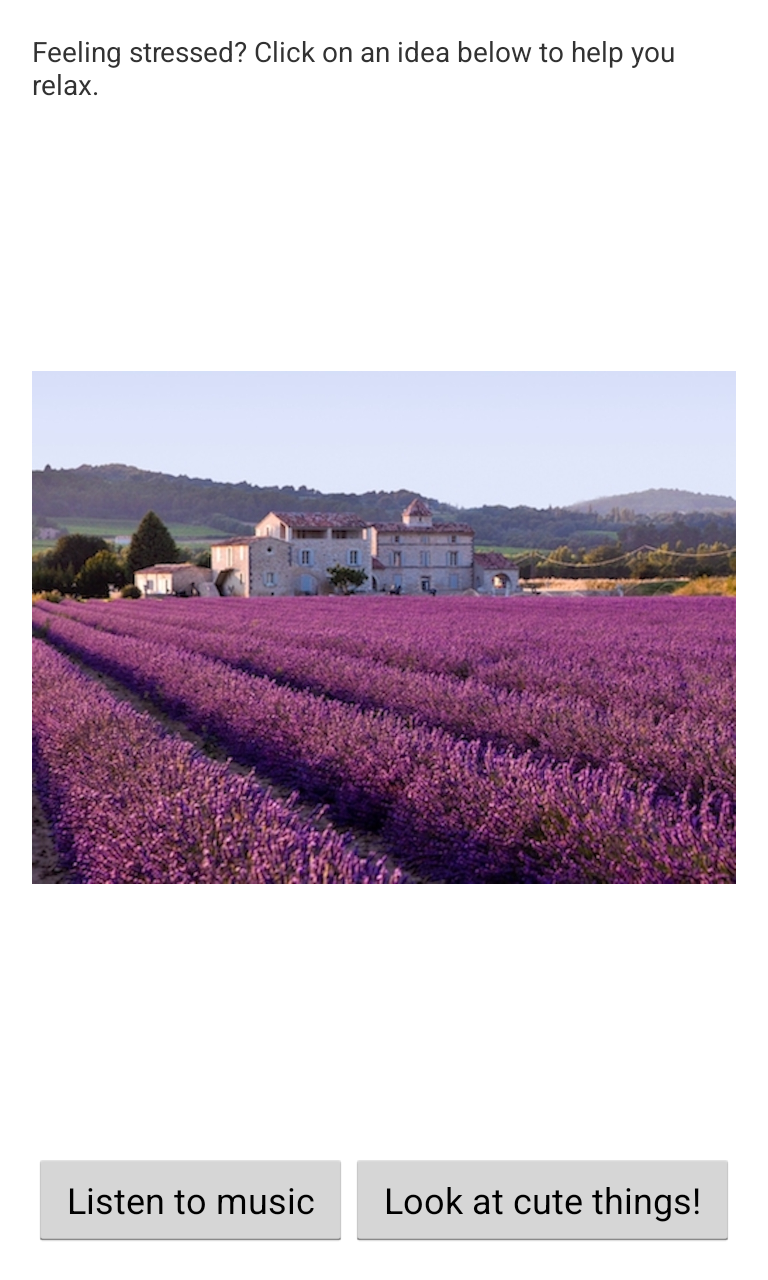
Repository: LSummers33/Apps101
Layout: Self-Care/res/layout/activity_main.xml
An editor plug-in stored every save of this project. The layout is shown before and after the next save, followed by the edit.
It is drawn on a 768 x 1280 px phone screen (xhdpi) without system bars, with theme AppTheme; the app's code is not run.

Above is the layout before, as saved 2014-01-26 21:25:04.

After the next save:
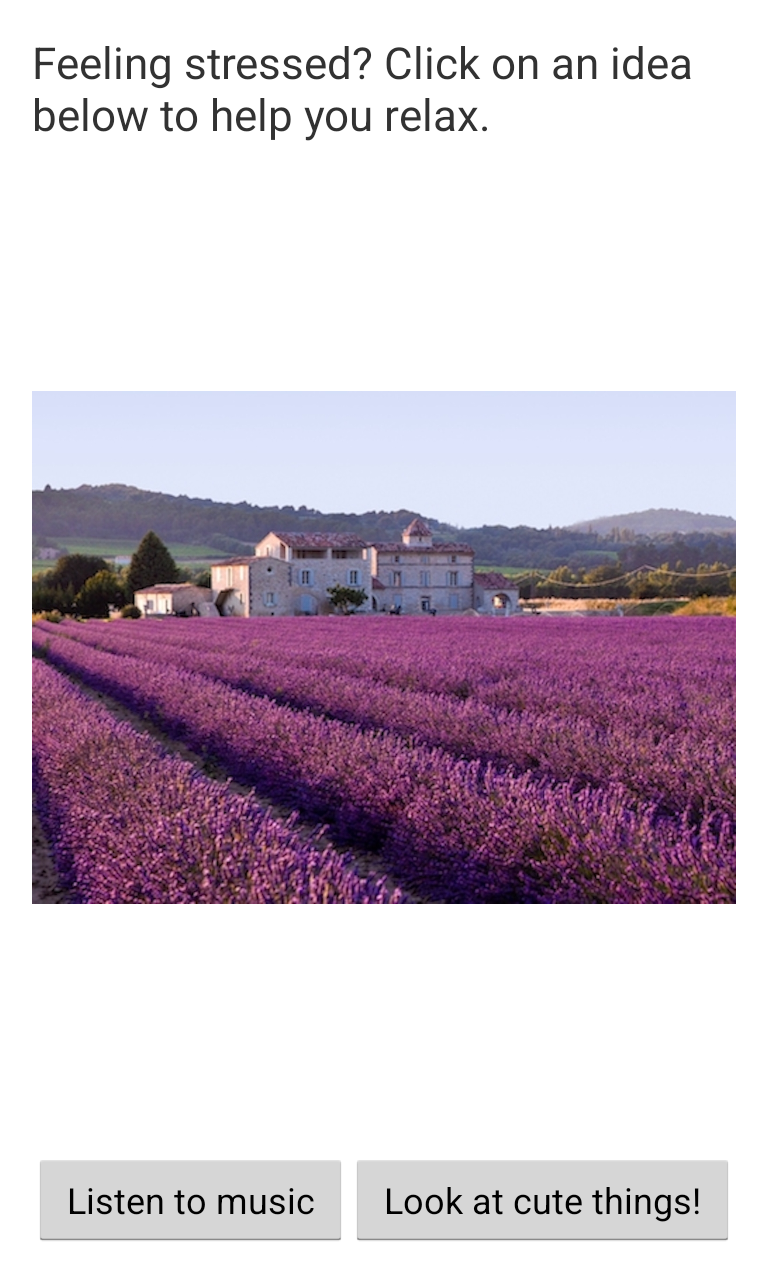
Saved 52 s later.
--- a/Self-Care/res/layout/activity_main.xml
+++ b/Self-Care/res/layout/activity_main.xml
@@ -14,6 +14,7 @@
         android:id="@+id/textView1"
         android:layout_width="wrap_content"
         android:layout_height="wrap_content"
+        android:textSize="22sp"
         android:text="@string/hello_world" />
 
     <ImageView
